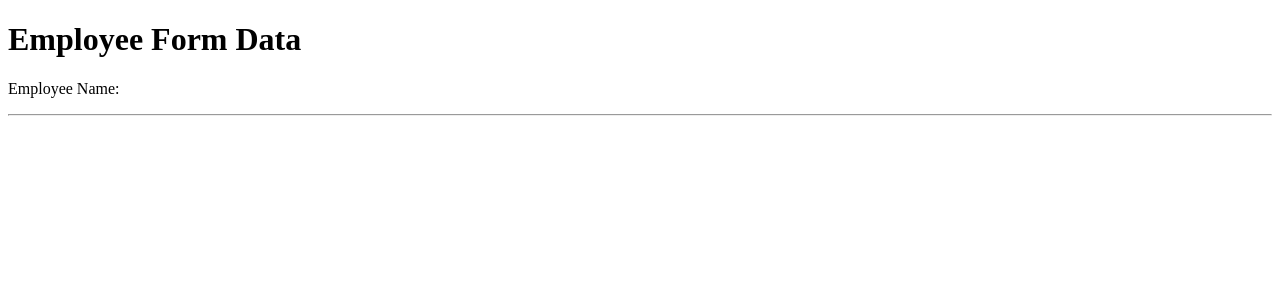
Repository: mrhpn/JavaEE--JSP-SERVLET
Page: http://localhost/JSP_JSTL/read-employee-form.jsp
These files come from the project's save history. The page is drawn as it stood at one moment and after the next save; the edit follows.
The browser window is 1280 px wide. The pictures show the whole page.
The page is served by Tomcat 9.

Above is the page before, as saved 2021-04-01 07:20:16.

### JSP_JSTL/WebContent/read-employee-form.jsp
<%@ page language="java" contentType="text/html; charset=ISO-8859-1"
    pageEncoding="ISO-8859-1"%>
<!DOCTYPE html>
<html>
<head>
<meta charset="ISO-8859-1">
<title>Insert title here</title>
</head>
<body>
	<h1>Employee Form Data</h1>

	Employee Name: <p>${param.employeeName} </p>
	<hr>
</body>
</html>

After the next save:
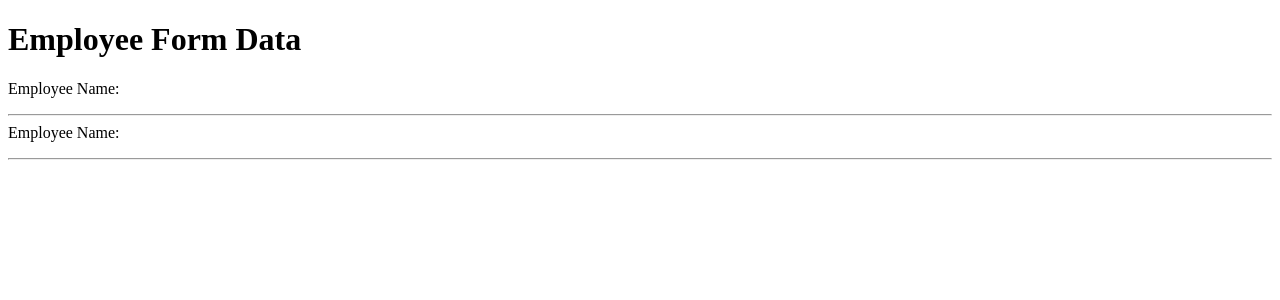
Saved 7 s later.
--- a/JSP_JSTL/WebContent/read-employee-form.jsp
+++ b/JSP_JSTL/WebContent/read-employee-form.jsp
@@ -11,5 +11,8 @@
 
 	Employee Name: <p>${param.employeeName} </p>
 	<hr>
+
+	Employee Name: <p>${param.employeeName} </p>
+	<hr>
 </body>
 </html>
